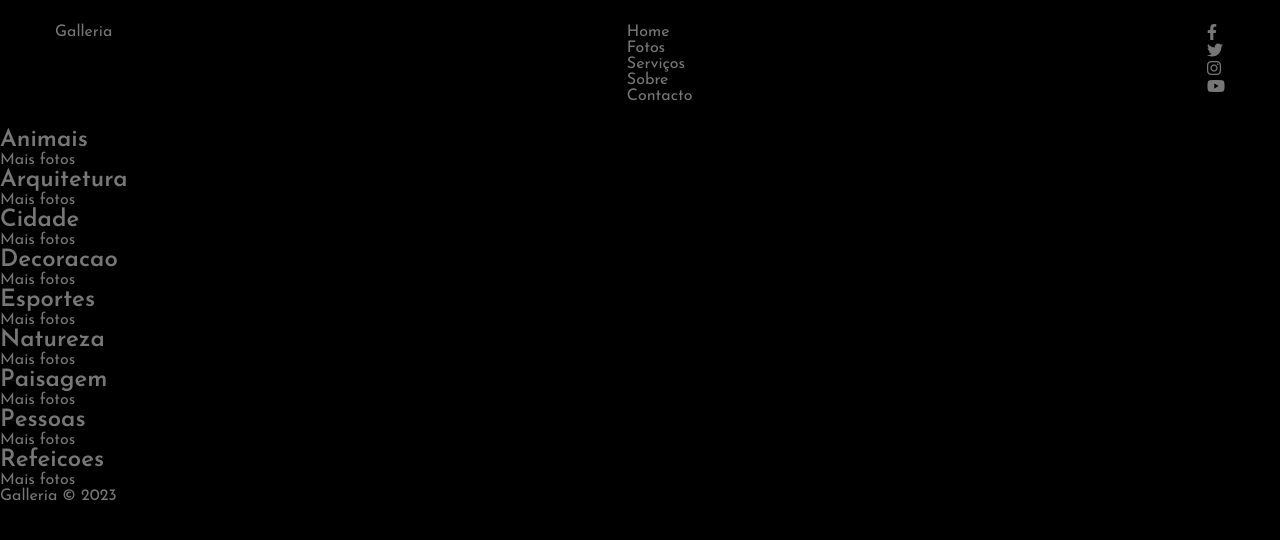
Repository: AghastyGD/gallery-sass
Page: index.html
An editor plug-in stored every save of this project. The page is shown before and after the next save, followed by the edit.
The browser window is 1280 px wide. The pictures show the whole page.
The style sheet was rebuilt from its Sass, Less or Tailwind sources for each picture, by a compiler version that may differ from the author's.

Above is the page before, as saved 2023-10-13 18:10:32.

### index.html
<!DOCTYPE html>
<html lang="en">
<head>
    <meta charset="UTF-8">
    <meta http-equiv="X-UA-Compatible" content="IE=edge">
    <meta name="viewport" content="width=device-width, initial-scale=1.0">

    <title>Galleria</title>
    <link rel="stylesheet" href="css/styles.css">
    <link rel="preconnect" href="https://fonts.googleapis.com">
    <link rel="preconnect" href="https://fonts.gstatic.com" crossorigin>
    <link href="https://fonts.googleapis.com/css2?family=Josefin+Sans:ital,wght@0,200;0,400;0,500;0,600;1,100;1,200;1,300;1,400;1,500;1,600;1,700&display=swap" rel="stylesheet">
    <link rel="stylesheet" href="https://cdnjs.cloudflare.com/ajax/libs/font-awesome/6.4.2/css/all.min.css" integrity="sha512-z3gLpd7yknf1YoNbCzqRKc4qyor8gaKU1qmn+CShxbuBusANI9QpRohGBreCFkKxLhei6S9CQXFEbbKuqLg0DA==" crossorigin="anonymous" referrerpolicy="no-referrer" />
</head>
<body>
    <header class="header">
        <a href="" class="header-brand">Galleria</a>
        <nav class="header-navbar">
            <ul>
                <li>
                    <a href="#" class="active">Home</a>
                </li>
                <li>
                    <a href="#">Fotos</a>
                </li>
                <li>
                    <a href="#">Serviços</a>
                </li>
                <li>
                    <a href="#">Sobre</a>
                </li>
                <li>
                    <a href="#">Contacto</a>
                </li>
            </ul>
        </nav>
        <div class="header-social-media">
            <ul>
                <li>
                    <a href="#">
                        <i class="fab fa-facebook-f"></i>
                    </a>
                </li>
                <li>
                    <a href="#">
                        <i class="fab fa-twitter"></i>
                    </a>
                </li>
                <li>
                    <a href="#">
                        <i class="fab fa-instagram"></i>
                    </a>
                </li>
                <li>
                    <a href="#">
                        <i class="fab fa-youtube"></i>
                    </a>
                </li>
            </ul>
        </div>
    </header>
    <main>
        <div class="gallery">
            <div class="gallery-card" id="card-1">
                <h2 class="gallery-card-title">Animais</h2>
                <a href="" class="gallery-card-btn">Mais fotos</a>
            </div>
            <div class="gallery-card" id="card-2">
                <h2 class="gallery-card-title">Arquitetura</h2>
                <a href="" class="gallery-card-btn">Mais fotos</a>
            </div>
            <div class="gallery-card" id="card-3">
                <h2 class="gallery-card-title">Cidade</h2>
                <a href="" class="gallery-card-btn">Mais fotos</a>
            </div>
            <div class="gallery-card" id="card-4">
                <h2 class="gallery-card-title">Decoracao</h2>
                <a href="" class="gallery-card-btn">Mais fotos</a>
            </div>
            <div class="gallery-card" id="card-5">
                <h2 class="gallery-card-title">Esportes</h2>
                <a href="" class="gallery-card-btn">Mais fotos</a>
            </div>
            <div class="gallery-card" id="card-6">
                <h2 class="gallery-card-title">Natureza</h2>
                <a href="" class="gallery-card-btn">Mais fotos</a>
            </div>
            <div class="gallery-card" id="card-7">
                <h2 class="gallery-card-title">Paisagem</h2>
                <a href="" class="gallery-card-btn">Mais fotos</a>
            </div>
            <div class="gallery-card" id="card-8">
                <h2 class="gallery-card-title">Pessoas</h2>
                <a href="" class="gallery-card-btn">Mais fotos</a>
            </div>
            <div class="gallery-card" id="card-9">
                <h2 class="gallery-card-title">Refeicoes</h2>
                <a href="" class="gallery-card-btn">Mais fotos</a>
            </div>
        </div>
    </main>
    <footer>
        <p><span>Galleria</span> &copy; 2023</p>
    </footer>

</body>
</html>

### sass/styles.sass
@use 'variables'
@use 'mixins'

*
  font-family: 'Josefin Sans'
  padding: 0
  margin: 0
  box-sizing: border-box

body
  background-color: variables.$bg-color
  color: variables.$text-color

  a
    color: variables.$text-color
    text-decoration: none
    transition: .4s

  ul
    list-style: none

.header
  display: flex
  justify-content: space-between
  @include mixins.container

  &-brand // .header-brand

### sass/_variables.sass
$primary-color: #FFF
$secondary-color: #20C997
$text-color: #777
$bg-color: #000
$container-width: 1170px

### sass/_mixins.sass
@use 'variables'

@mixin container
    max-width: variables.$container-width
    padding: 1.5rem 0
    margin: 0 auto

After the next save:
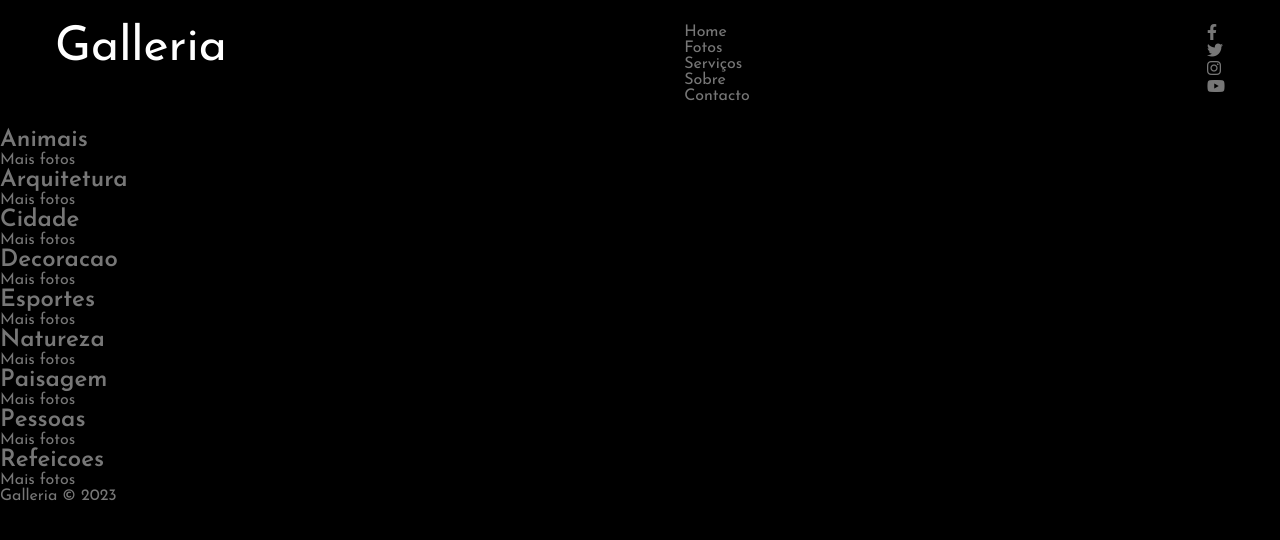
Saved 29 s later.
--- a/sass/styles.sass
+++ b/sass/styles.sass
@@ -25,3 +25,5 @@ body
   @include mixins.container
 
   &-brand // .header-brand
+    color: variables.$primary-color
+    font-size: 3rem
